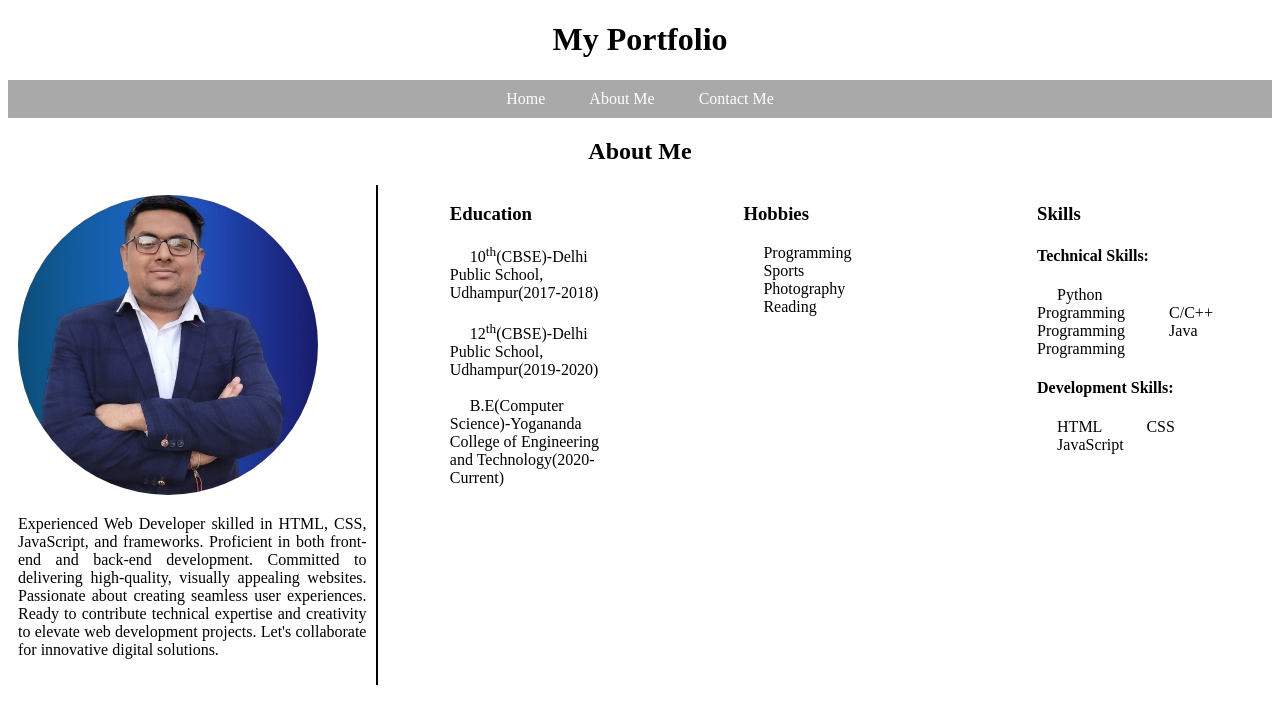
Repository: harshitanthal1/my_portfolio
Page: aboutme.html
The author's editor kept a copy of each file at every save. The page is drawn from the files as they stood at one save, then again after the next save.
The browser window is 1280 px wide. The pictures show the whole page.

Above is the page before, as saved 2024-02-04 10:14:22.

### aboutme.html
<!DOCTYPE html>
<html lang="en">
<head>
    <meta charset="UTF-8">
    <meta name="viewport" content="width=device-width, initial-scale=1.0">
    <title>My Portfolio</title>
    <link rel="stylesheet" href="styles/styles.css" />
</head>
<body>
    <header><h1>My Portfolio</h1></header>
    <nav>
        <li><a href="index.html" target="_blank">Home</a></li>
        <li><a href="aboutme.html" target="_blank" >About Me</a></li>
        <li><a href="contactme.html" target="_blank" >Contact Me</a></li>
    </nav>
    <h2>About Me</h2>
    <main>
    <div id="profile">
        <img src="images/my_pic.jpg" width="300px" alt="Avatar" />
        <p>
            Experienced Web Developer skilled in HTML, CSS, JavaScript, and frameworks. Proficient in both front-end and back-end development. Committed to delivering high-quality, visually appealing websites. Passionate about creating seamless user experiences. Ready to contribute technical expertise and creativity to elevate web development projects. Let's collaborate for innovative digital solutions.
        </p>
        </div>
    <div id="info">
        <div class="sub-box">
            <h3>Education</h3>
            <li>10<sup>th</sup>(CBSE)-Delhi Public School, Udhampur(2017-2018)</li>
            <br/>
            <br/>
            <li>12<sup>th</sup>(CBSE)-Delhi Public School, Udhampur(2019-2020)</li>
            <br />
            <br/>
            <li>B.E(Computer Science)-Yogananda College of Engineering and Technology(2020-Current)</li>
        </div>
        <div class="sub-box">
            <h3>Hobbies</h3>
            <li>Programming</li>
            <li>Sports</li>
            <li>Photography</li>
            <li>Reading</li>
        </div>
        <div class="sub-box">
            <h3>Skills</h3>
            <h4>Technical Skills:</h4>
            <li>Python Programming</li>
            <li>C/C++ Programming</li>
            <li>Java Programming</li>
            <h4>Development Skills:</h4>
            <li>HTML</li>
            <li>CSS</li>
            <li>JavaScript</li>
        </div>
    </div>
    </main>
</body>
</html>

### styles/styles.css
header {
    text-align: center;
}

nav {
    background-color: darkgrey;
    color: white;
    padding: 10px;
    text-align: center;
}

li {
    display: inline;
    margin-right: 20px;
    margin-left: 20px;
}

a {
    text-decoration: none;
    color: white;
}

main {
    display: flex;
    flex-direction: row;
}

#profile {
    width: 29%;
    margin-right: 1%;;
    padding: 10px;
    width: 350px;
    border-right: 2px solid black;
}

#info {
    display: flex;
    width: 70%;
    justify-content: space-around;
}

.sub-box {
    width: 20%;
}

p {
    text-align: justify;
}

img {
    border-radius: 50%;
}

h2 {
    text-align: center;
}

After the next save:
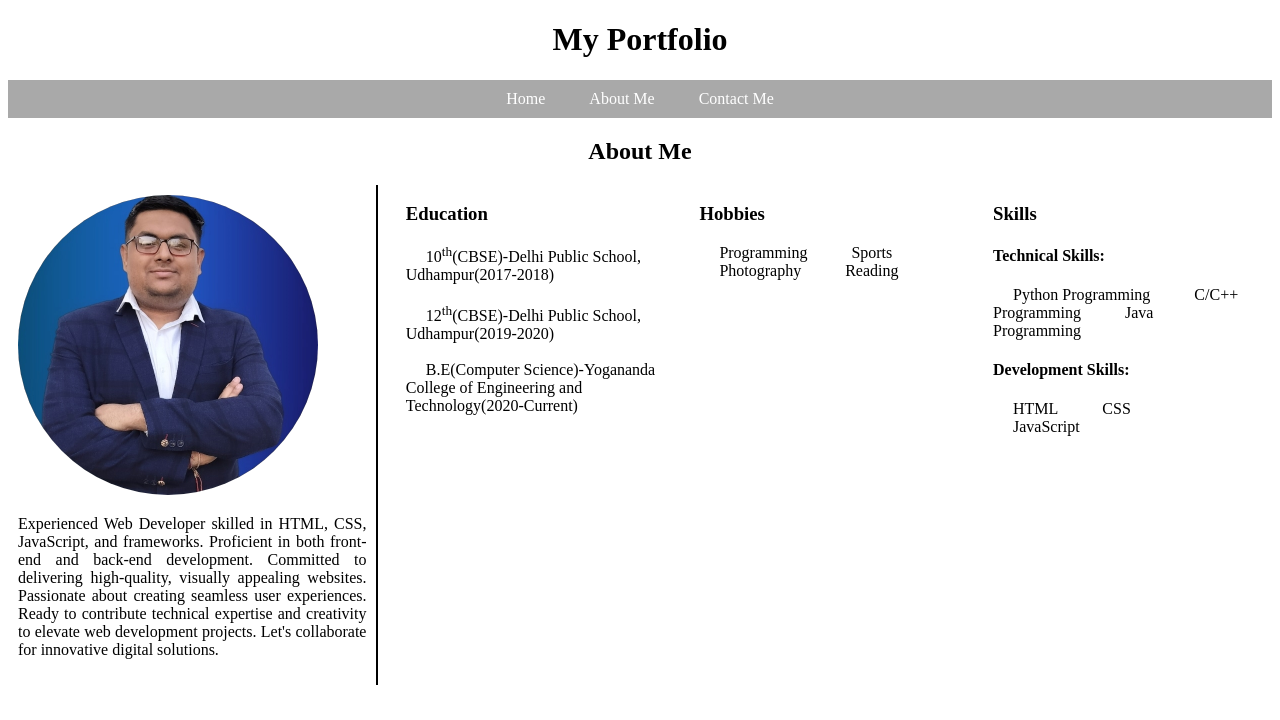
Saved 102 s later.
--- a/styles/styles.css
+++ b/styles/styles.css
@@ -40,7 +40,7 @@ main {
 }
 
 .sub-box {
-    width: 20%;
+    width: 30%;
 }
 
 p {
